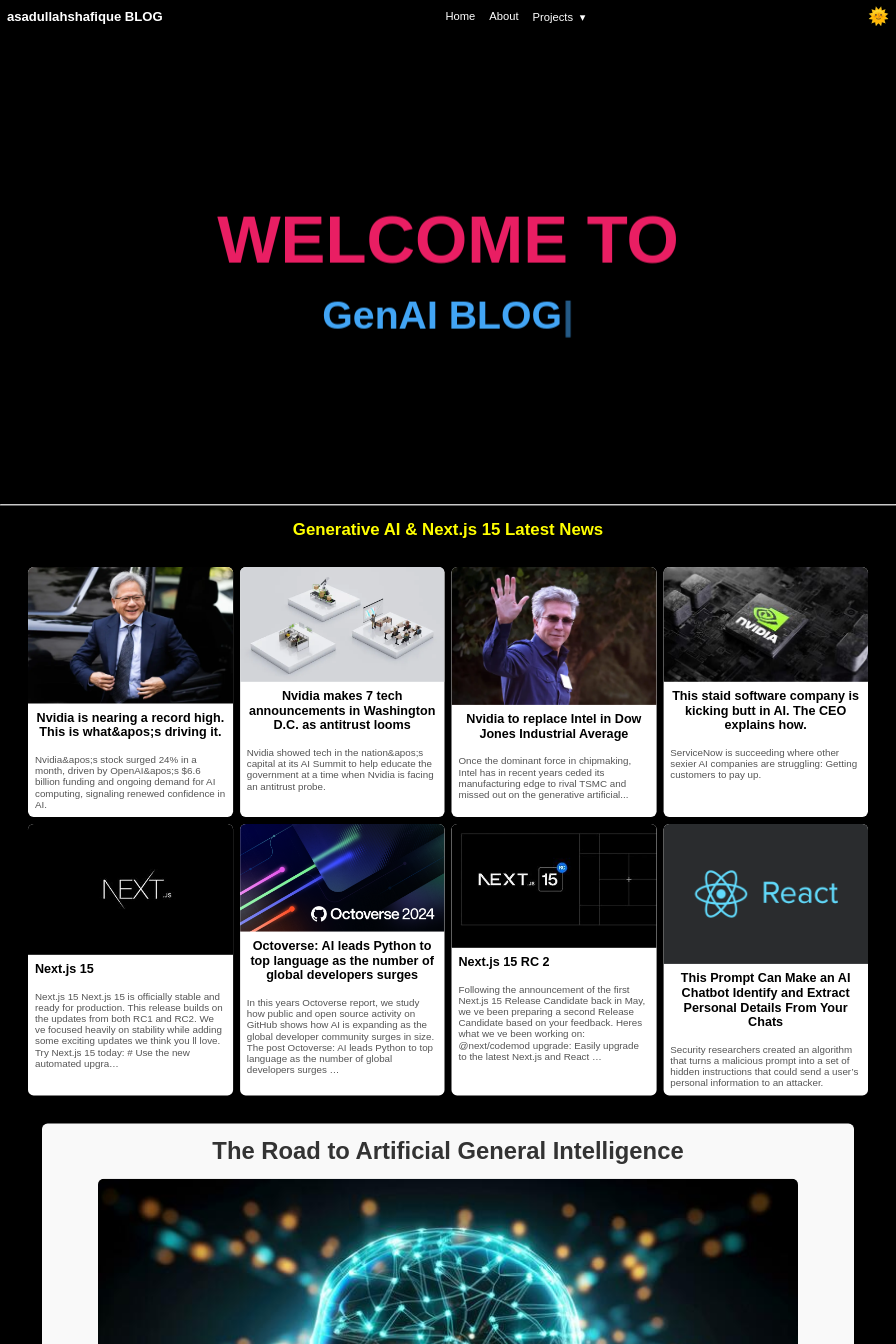
Repository: asadullah48/blog_learning
Page: /main
These files come from the project's save history. The page is drawn as it stood at one moment and after the next save; the edit follows.
The browser window is 1280 px wide. The pictures show the part of the page from y = 0 to 1920 px (the page is 11536 px tall), at 70% of full size.
The project was rebuilt for these pictures with package versions that can differ from the ones it lists, and the page was loaded fresh each time. The framework's server and built-in components were replaced by stand-ins that run in the browser. Also part of the build but not shown: next.config.ts.

Above is the page before, as saved 2024-12-27 11:55:56.

After the next save:
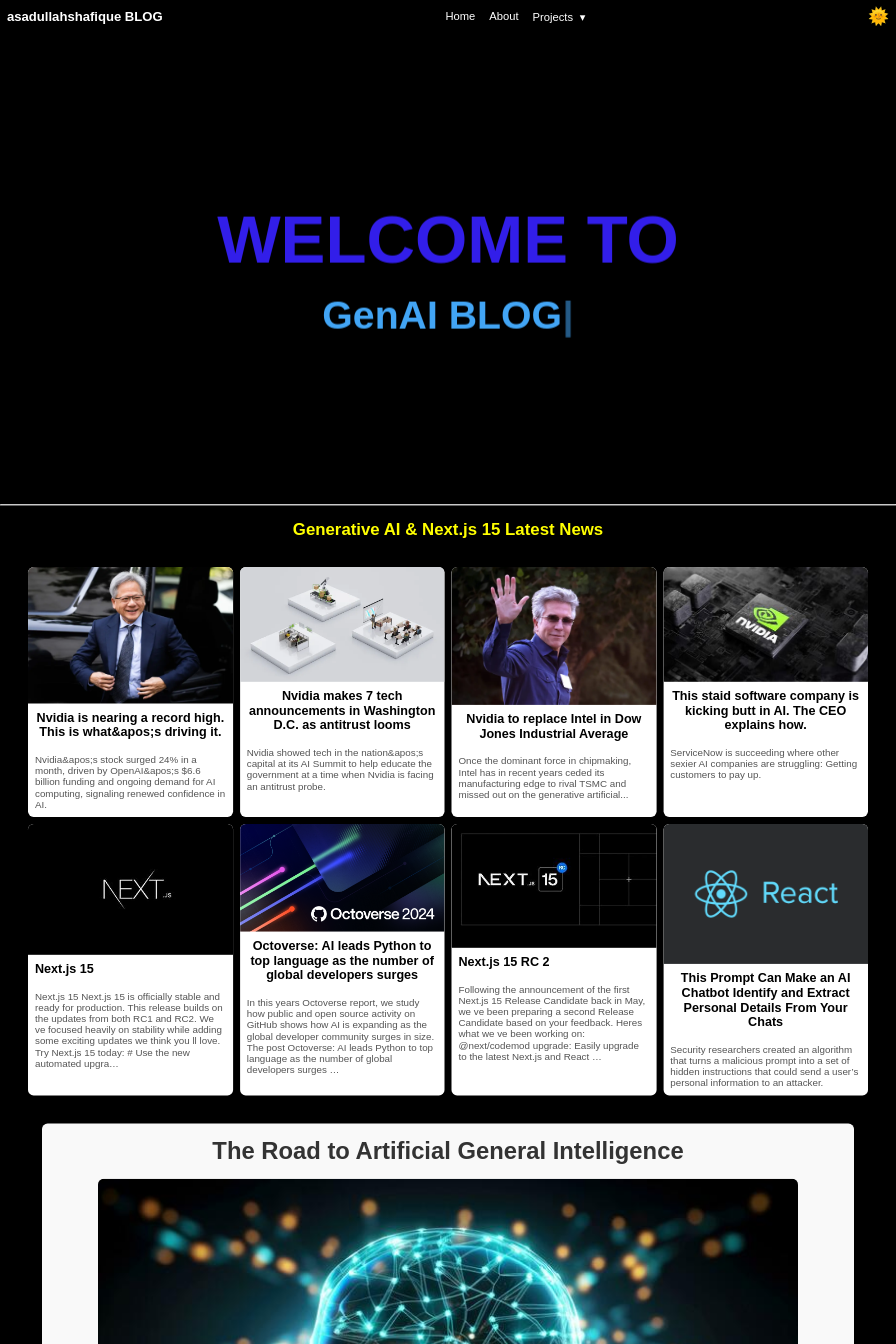
Saved 2 min 24 s later.
--- a/src/app/main/main.css
+++ b/src/app/main/main.css
@@ -119,7 +119,7 @@
     font-size: 3rem;
     font-weight: bold;
     text-align: center;
-    color: #e91e63;
+    color: #321ee9;
     animation: fadeIn 2s ease-in forwards;
 }
 
